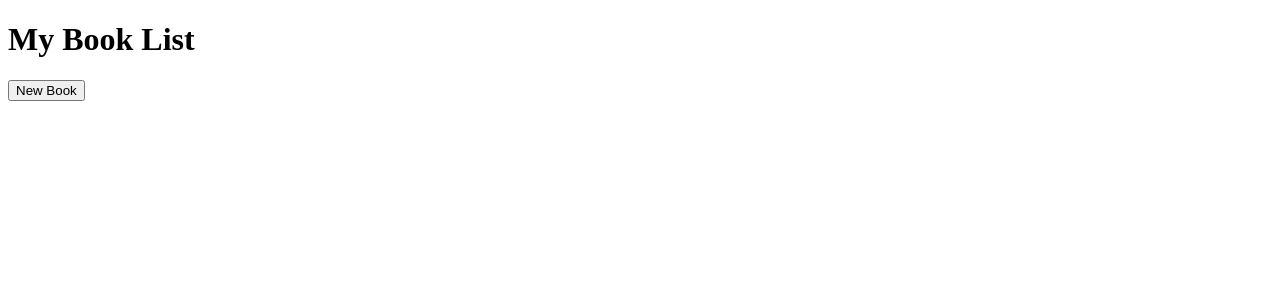
Repository: gkintu/odin-book-library
Page: index.html
The author's editor kept a copy of each file at every save. The page is drawn from the files as they stood at one save, then again after the next save.
The browser window is 1280 px wide. The pictures show the whole page.

Above is the page before, as saved 2025-03-11 10:35:49.

After the next save:
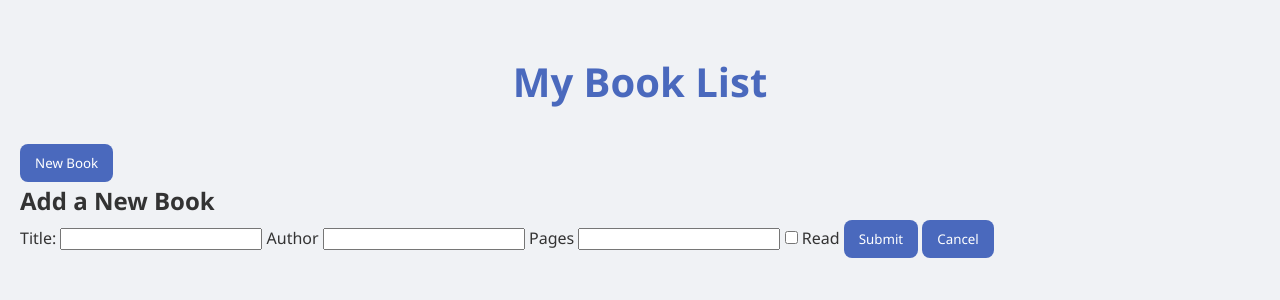
Saved 3 h 1 min later.
--- a/style.css
+++ b/style.css
@@ -1,4 +1,46 @@
-#modal-book-container{
-    display: none;
+:root {
+    --primary-color: #4a69bd;
+    --secondary-color: #6a89cc;
+    --text-color: #333;
+    --light-color: #f5f6fa;
+    --shaddow: 0 4px 8px rba(0, 0, 0, 0.1);
+    --border-radius: 8px;
+    --transition: all 0.3s ease;
+}
 
+* {
+    margin: 0;
+    padding: 0;
+    box-sizing: border-box;
+    font-family: 'Segoe UI', Tahoma, Geneva, Verdana, sans-serif;
 }
+
+body {
+    background-color: #f0f2f5;
+    color: var(--text-color);
+    line-height: 1.6;
+    padding: 20px;
+    margin: 0 auto;
+}
+
+h1 {
+    text-align: center;
+    margin: 30px 0;
+    color: var(--primary-color);
+    font-size: 2.5rem;
+}
+
+.btn {
+    background-color: var(--primary-color);
+    color: #fff;
+    border:none;
+    padding: 10px 15px;
+    border-radius: var(--border-radius);
+    cursor: pointer;
+    transition: var(--transition);
+}
+
+.btn:hover {
+    background-color: var(--secondary-color);
+    transform: translateY(-1px);
+}
